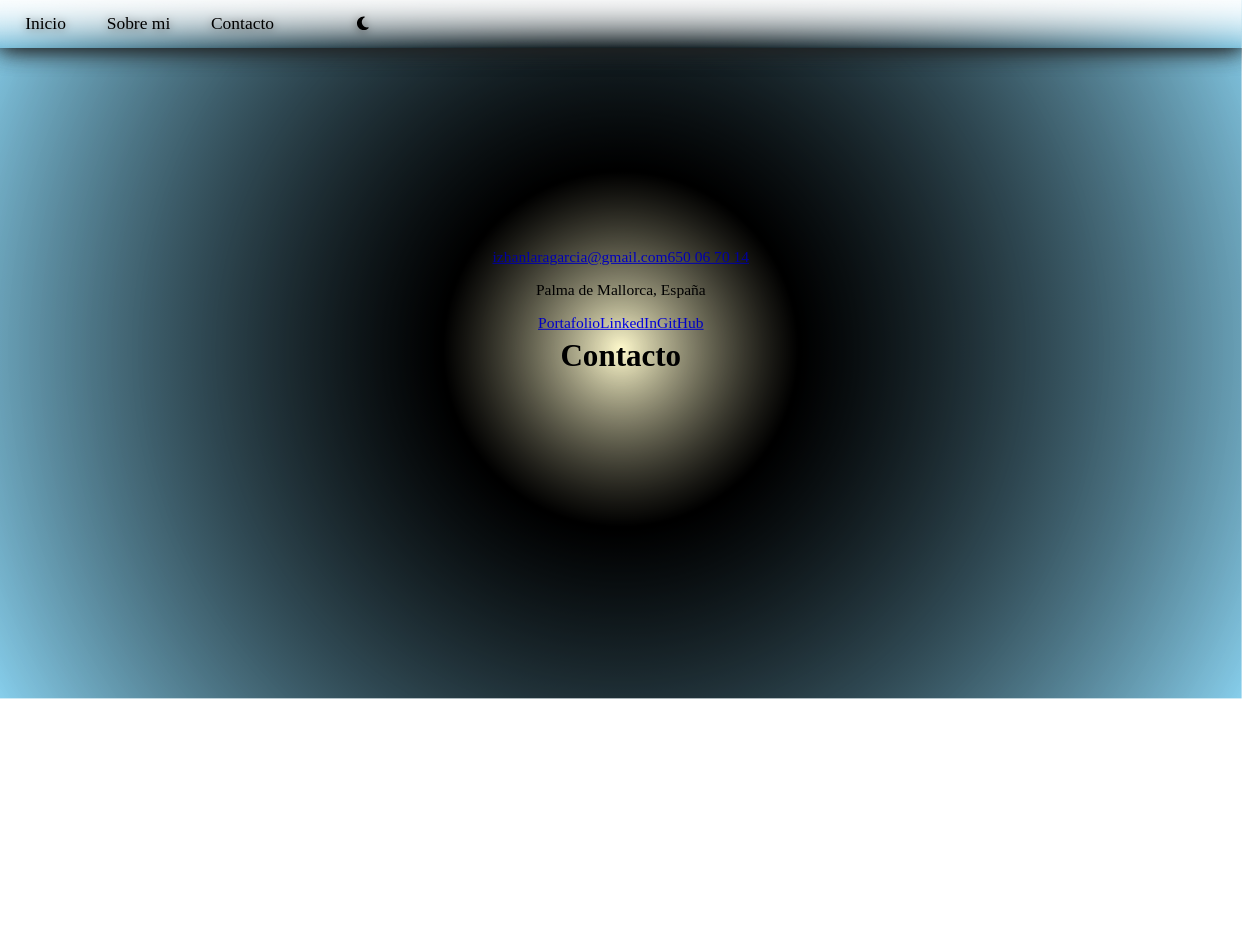
Repository: izhanlaraagarcia/izhanlaraagarcia.github.io
Page: /contacto (app in vite-project/)
The author's editor kept a copy of each file at every save. The page is drawn from the files as they stood at one save, then again after a run of saves.
The browser window is 1280 px wide. The pictures show the whole page, at 97% of full size.
The project was rebuilt for these pictures with package versions that can differ from the ones it lists, and the page was loaded fresh each time. Also part of the build but not shown: vite-project/vite.config.js, vite-project/src/Componentes-Generales/background.jsx, vite-project/src/Componentes-Generales/styles/social.scss, vite-project/src/Componentes-Generales/social.jsx, vite-project/src/Home/Inicio.jsx, vite-project/src/pages/About/styles/about.scss, vite-project/src/pages/About/about.jsx.

Above is the page before, as saved 2024-08-19 14:51:34.

### vite-project/index.html
<!doctype html>
<html lang="en">
  <head>
    <meta charset="UTF-8" />
    <meta name="viewport" content="width=device-width, initial-scale=1.0" />
    <title>Izhan Lara Garcia</title>
  </head>
  <body>
    <div id="root"></div>
    <script type="module" src="/src/main.jsx"></script>
  </body>
</html>

### vite-project/src/App.jsx
import React from "react";
import { BrowserRouter as Router, Route, Routes } from "react-router-dom";
import Menu from "./Componentes-Generales/menu.jsx";
import Inicio from "./Home/Inicio.jsx";
import About from "./pages/About/about.jsx";
import Contact from "./pages/Contact/contact.jsx";
import { ThemeProvider } from "./Constants/themaContext.jsx";

import { library } from "@fortawesome/fontawesome-svg-core";
import { fas } from "@fortawesome/free-solid-svg-icons";

library.add(fas);

class App extends React.Component {
  render() {
    return (
      <ThemeProvider>
        <Router>
          <Menu />
          <Routes>
            <Route path="/" element={<Inicio />} />
            <Route path="/sobre-mi" element={<About />} />
            <Route path="/contacto" element={<Contact />} />
          </Routes>
        </Router>
      </ThemeProvider>
    );
  }
}

export default App;

### vite-project/src/index.css
/* :root {
  font-family: Inter, system-ui, Avenir, Helvetica, Arial, sans-serif;
  line-height: 1.5;
  font-weight: 400;

  color-scheme: light dark;
  color: rgba(255, 255, 255, 0.87);
  background-color: #242424;

  font-synthesis: none;
  text-rendering: optimizeLegibility;
  -webkit-font-smoothing: antialiased;
  -moz-osx-font-smoothing: grayscale;
}

a {
  font-weight: 500;
  color: #646cff;
  text-decoration: inherit;
}

a:hover {
  color: #535bf2;
}



h1 {
  font-size: 3.2em;
  line-height: 1.1;
}

button {
  border-radius: 8px;
  border: 1px solid transparent;
  padding: 0.6em 1.2em;
  font-size: 1em;
  font-weight: 500;
  font-family: inherit;
  background-color: #1a1a1a;
  cursor: pointer;
  transition: border-color 0.25s;
}

button:hover {
  border-color: #646cff;
}

button:focus,
button:focus-visible {
  outline: 4px auto -webkit-focus-ring-color;
}

@media (prefers-color-scheme: light) {
  :root {
    color: #213547;
    background-color: #ffffff;
  }

  a:hover {
    color: #747bff;
  }

  button {
    background-color: #f9f9f9;
  }
} */

body {
  right: 0;
  margin: 0%;
  width: 100%;
  margin-top: 20%;
  text-align: center;
  min-width: 320px;
  min-height: 100vh;

}

button {
  border-radius: 8px;
  border: 1px solid transparent;
  padding: 0.6em 1.2em;
  font-size: 1em;
  font-weight: 500;
  font-family: inherit;
  background-color: #1a1a1a;
  cursor: pointer;
  transition: border-color 0.25s;
}

### vite-project/src/Componentes-Generales/menu.jsx
import React from "react";
import { Link } from "react-router-dom";
import "./styles/menu.scss";
import TemaComponent from "./thema";
import { useTheme } from "../Constants/themaContext";


// import { LANGUAGES } from "../Constants/lenguaje";

const Menu = () => {
  const { dark } = useTheme();
  return (
    <header>
      <nav className={`menu ${dark ? 'dark-mode' : 'light-mode'}`}>
        <ul>
          <li>
            <Link to="/">Inicio</Link>
            <i className="fas fa-address-card" aria-hidden="true"></i>
          </li>
          <li>
            <Link to="/sobre-mi">Sobre mi</Link>
          </li>
          <li>
            <Link to="/contacto">Contacto</Link>
          </li>
          <li>
            <TemaComponent />
          </li>
        </ul>
      </nav>
    </header>

  );
};

export default Menu;

### vite-project/src/pages/Contact/contact.jsx
import React from "react";
import Menu from "../../Componentes-Generales/menu";

class Contact extends React.Component {
  render() {
    return (
      <div>
        <Menu />
        <h1>Contacto</h1>

        <section className="contact-info">
        <a href="mailto:izhanlaragarcia@gmail.com">izhanlaragarcia@gmail.com</a>
        <a href="tel:+34650067014">650 06 70 14</a>
        <p>Palma de Mallorca, España</p>
        <a href="https://izhanl8.glitch.me/">Portafolio</a>
        <a href="https://www.linkedin.com/in/izhan-lara-garcia">LinkedIn</a>
        <a href="https://github.com/izhanlaraagarcia">GitHub</a>
      </section>
      </div>
    );
  }
}

export default Contact;

### vite-project/src/Constants/themaContext.jsx
import React, { createContext, useState, useContext } from "react";

const ThemeContext = createContext();

export const useTheme = () => useContext(ThemeContext);

export const ThemeProvider = ({ children }) => {
  const [dark, setDark] = useState(false);

  const toggleTheme = () => {
    setDark((prevDark) => !prevDark);
  };

  return (
    <ThemeContext.Provider value={{ dark, toggleTheme }}>
      {children}
    </ThemeContext.Provider>
  );
};

### vite-project/src/Componentes-Generales/styles/menu.scss
/* src/Componentes-Generales/styles/menu.css */

nav {
  top: 0;
  right: 0;
  margin: 0;
  padding: 0;
  position: fixed;
  width: 100%;
  background: linear-gradient(to bottom, rgba(255, 255, 255, 0.8), rgba(255, 255, 255, 0)) no-repeat;
  backdrop-filter: blur(5px);
  box-shadow: 0px 0px 25px #222;
  z-index: 10;

}

nav ul {
  list-style-type: none;
  padding: 0;
  margin: 0;
  display: flex;
  align-items: center;
}

nav li {
  margin-left: 10px;
}

nav a {
  display: flex;
  align-items: center;
  text-align: center;
  padding: 14px 16px;
  text-decoration: none;
  font-size: 18px;
  color: inherit;
  position: relative;
  overflow: hidden;
  transition: color 0.3s;
}

nav a:hover {
  color: #00aaff;
}

.fa-icon {
  margin-left: 8px;
}

.light-mode {
  color: black;
}

.dark-mode {
  color: white;
}

body {
  transition: background-color 0.5s, color 0.5s;
}

#tema {
  margin-left: 10px;
}

### vite-project/src/Componentes-Generales/thema.jsx
// TemaComponent.jsx
import React from "react";
import { FontAwesomeIcon } from "@fortawesome/react-fontawesome";
import { faSun, faMoon } from "@fortawesome/free-solid-svg-icons";
import { useTheme } from "../Constants/themaContext"; // Asegúrate de importar correctamente




const TemaComponent = () => {
  const { dark, toggleTheme } = useTheme();

  const handleClick = () => {
    toggleTheme();
    if (dark) {
      document.body.style.backgroundColor = "white";
      document.body.classList.remove("dark-mode");
      document.body.classList.add("light-mode");
    } else {
      document.body.style.backgroundColor = "black";
      document.body.classList.remove("light-mode");
      document.body.classList.add("dark-mode");
    }
  };

  return (
    <div>
    <button
      id="tema"
      style={{
        cursor: "pointer",
        background: "none",
        border: "none",
        outline: "none",
        marginLeft: "80%",
      }}
      onClick={handleClick}
      aria-label={dark ? "Cambiar al modo claro" : "Cambiar al modo oscuro"}
    >
      <FontAwesomeIcon
        icon={dark ? faSun : faMoon}
        style={{ color: dark ? "white" : "inherit" }}
      />
    </button>
    </div>
  );
};

export default TemaComponent;

### vite-project/src/Home/Styles/estilos.scss
h1 {
  text-align: center;
}

h1 {
  position: absolute;
  top: 48%;
  left: 50%;
  transform: translate(-50%, -50%);
  text-align: center;
}

### vite-project/src/Componentes-Generales/styles/background.scss
html, body { height: 100%; }

body {
    background: radial-gradient(circle, lemonchiffon, black 25%, skyblue);
    background-repeat: no-repeat;
    background-size: cover;
    height: 100vh;
    margin:  0;
}

body:after {
    content: '';
    position: absolute;
    top: 0; right: 0; left: 0; bottom: 0;
    background: radial-gradient(circle, transparent, black 25%, transparent);
    animation: color 1.5s infinite ease-out alternate;
    opacity: 0;
}

@keyframes color {
    0% {  background: radial-gradient(circle, transparent, black 25%, transparent); }
    100% { opacity: 1; }
}

Loaded but not shown: vite-project/src/main.jsx (common file)

After the next 2 saves:
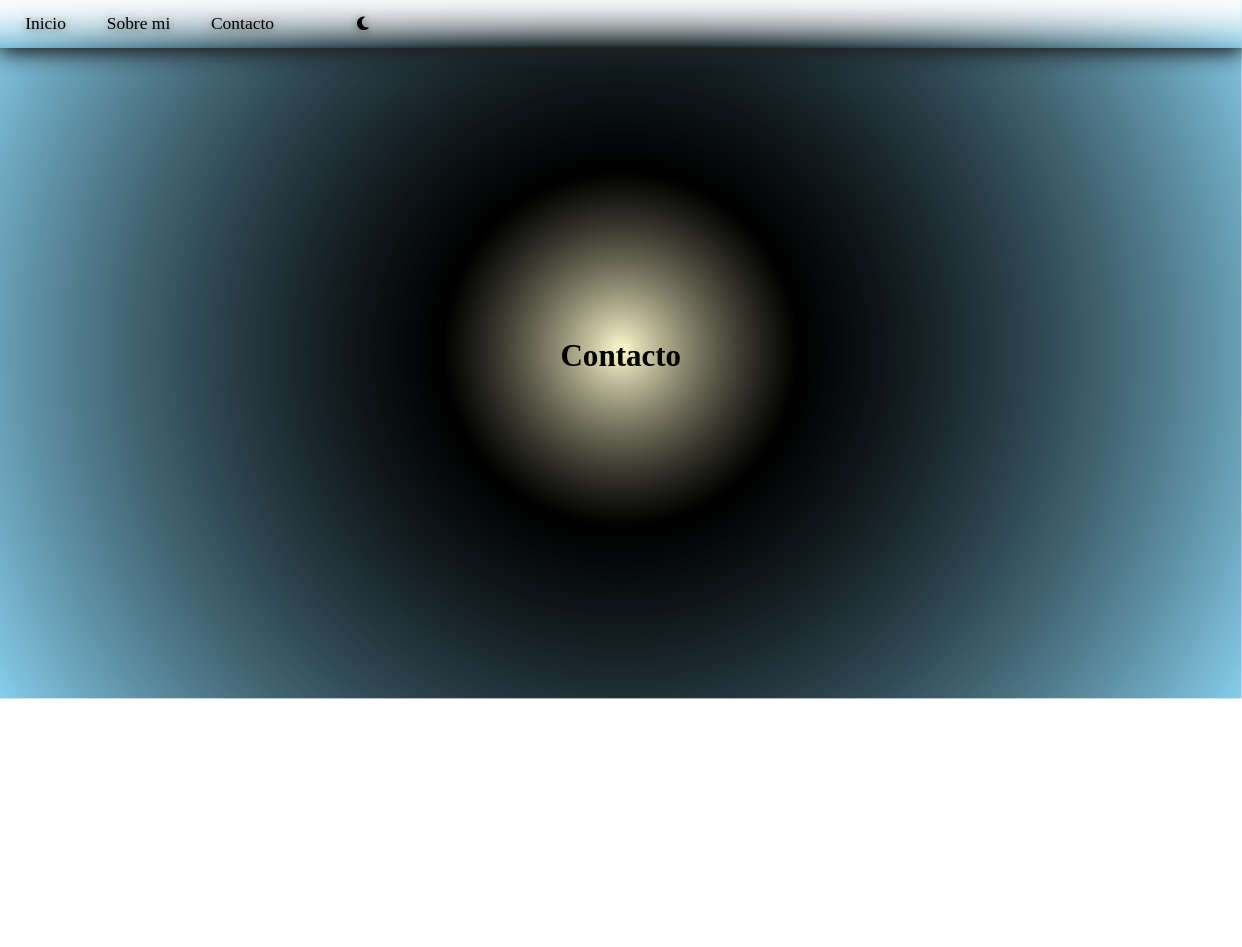
The 2 saves are shown as one change because 1 did not build or start.
The last was saved 48 s later.
--- a/vite-project/src/pages/Contact/contact.jsx
+++ b/vite-project/src/pages/Contact/contact.jsx
@@ -8,14 +8,6 @@ class Contact extends React.Component {
         <Menu />
         <h1>Contacto</h1>
 
-        <section className="contact-info">
-        <a href="mailto:izhanlaragarcia@gmail.com">izhanlaragarcia@gmail.com</a>
-        <a href="tel:+34650067014">650 06 70 14</a>
-        <p>Palma de Mallorca, España</p>
-        <a href="https://izhanl8.glitch.me/">Portafolio</a>
-        <a href="https://www.linkedin.com/in/izhan-lara-garcia">LinkedIn</a>
-        <a href="https://github.com/izhanlaraagarcia">GitHub</a>
-      </section>
       </div>
     );
   }
